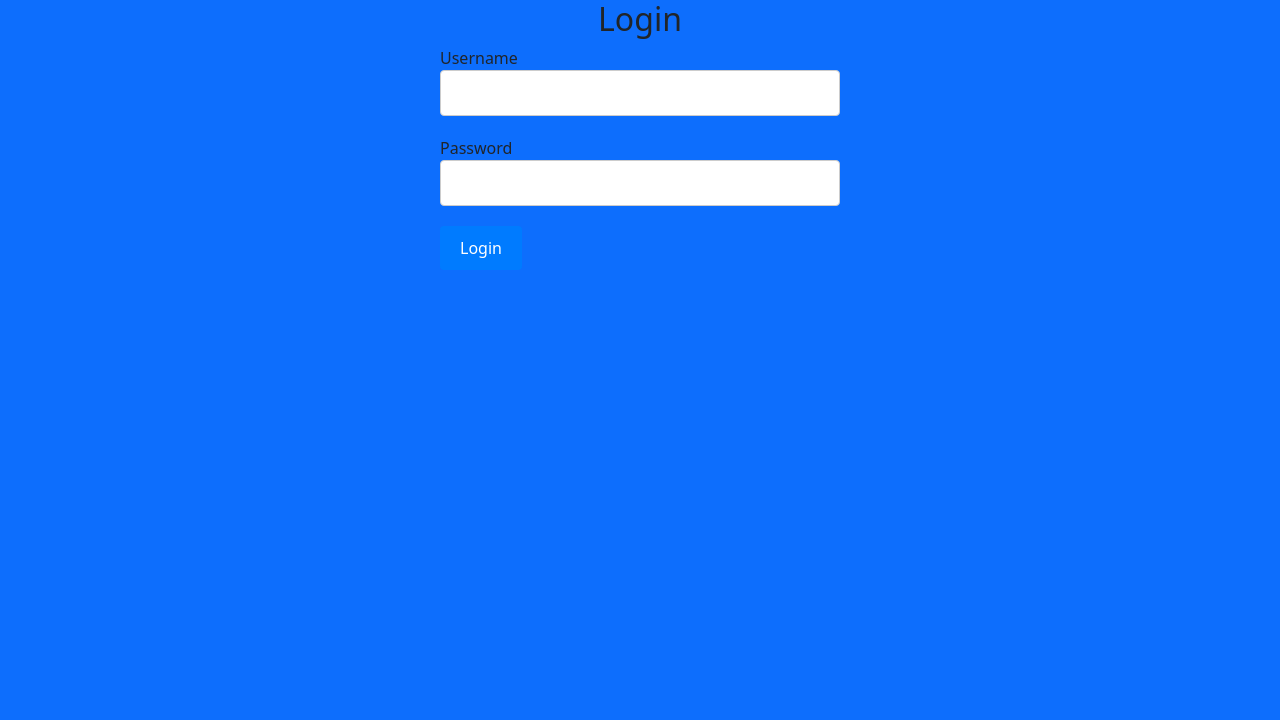
Repository: gabrielwodtke282/PetShop-fofinhos
Page: front-end/index.html
The author's editor kept a copy of each file at every save. The page is drawn from the files as they stood at one save, then again after the next save.
The browser window is 1280 px wide. The pictures show the whole page.

Above is the page before, as saved 2026-03-23 10:08:15.

### front-end/index.html
<!DOCTYPE html>
<html lang="pt-BR">

<head>
    <meta charset="UTF-8">
    <meta name="viewport" content="width=device-width, initial-scale=1.0">
    <title>Fofinhos Petshop</title>
    <link href="styles.css" rel="stylesheet">
    <link href="https://cdn.jsdelivr.net/npm/bootstrap@5.3.8/dist/css/bootstrap.min.css" rel="stylesheet">
</head>

<body>
    <div class="container-fluid min-vh-100 w-100 bg-primary">
    <h2 class="text-center">Login</h2>
    <div class="row">
        <div class="col-md-6 offset-md-3">
            <form class="login-form">
                <div class="form-group">
                    <label for="username">Username</label>
                    <input type="text" id="username" name="username" required>
                </div>
                <div class="form-group">
                    <label for="password">Password</label>
                    <input type="password" id="password" name="password" required>
                </div>
                <button type="submit" class="btn btn-primary btn-block">Login</button>
            </form>
        </div>
    </div>
</div>
</body>

</html>

### front-end/styles.css
.login-form {
    max-width: 400px;
    margin: 0 auto;
}

.login-form input[type="text"],
.login-form input[type="password"] {
    width: 100%;
    padding: 10px;
    border: 1px solid #ccc;
    border-radius: 4px;
    box-sizing: border-box;
}

.login-form button {
    background-color: #007bff;
    color: #fff;
    padding: 10px 20px;
    border: none;
    border-radius: 4px;
    cursor: pointer;
}

.login-form button:hover {
    background-color: #0056b3;
}

.login-form .form-group {
    margin-bottom: 20px;
}

.container{
    background-color: ;
}

After the next save:
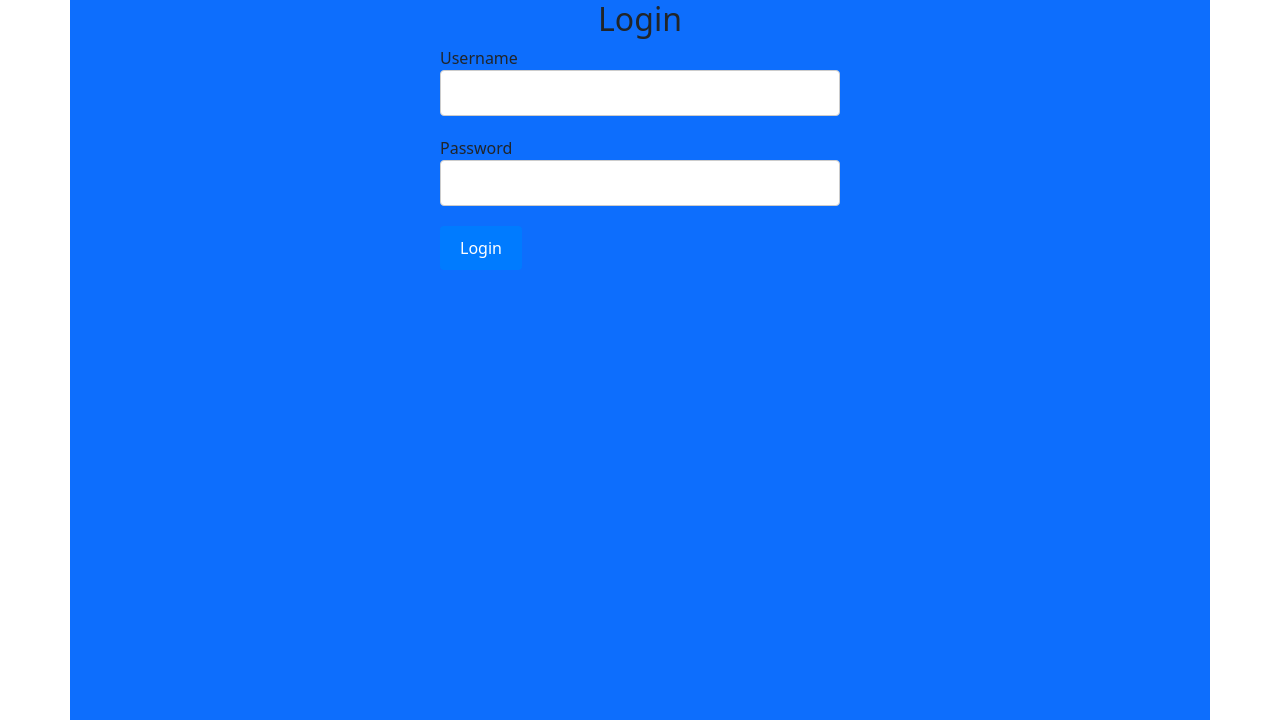
Saved 5 s later.
--- a/front-end/index.html
+++ b/front-end/index.html
@@ -10,7 +10,7 @@
 </head>
 
 <body>
-    <div class="container-fluid min-vh-100 w-100 bg-primary">
+    <div class="container min-vh-100 w-100 bg-primary">
     <h2 class="text-center">Login</h2>
     <div class="row">
         <div class="col-md-6 offset-md-3">
